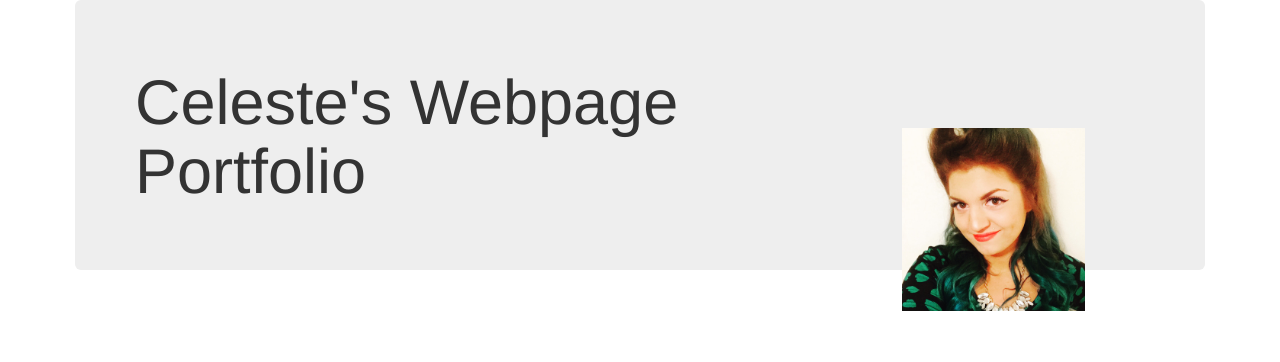
Repository: fieldceleste/portfolio-celeste
Page: portfolio-celeste.html
An editor plug-in stored every save of this project. The page is shown before and after the next save, followed by the edit.
The browser window is 1280 px wide. The pictures show the whole page.

Above is the page before, as saved 2019-11-01 12:09:19.

### portfolio-celeste.html
<!DOCTYPE html>
<html>
  <head>
    <title>Celeste Field's Portfolio</title>
  <link href="css/bootstrap.css" rel="stylesheet" type="text/css">
  <link href="css/styles.css" rel="stylesheet" type="text/css">

 <body>
    <div class="container">
      <div class="jumbotron">
        <h1><img src="img/celeste.jpeg" class="img" alt="photo of celeste field"> Celeste's Webpage Portfolio </h1>
        <p>

        </p>

  </body>
</html>

### css/styles.css
img{
float:right;
width: 30%;
height:50%;
padding: 60px;

}

Loaded but not shown: css/bootstrap.css (library)

After the next save:
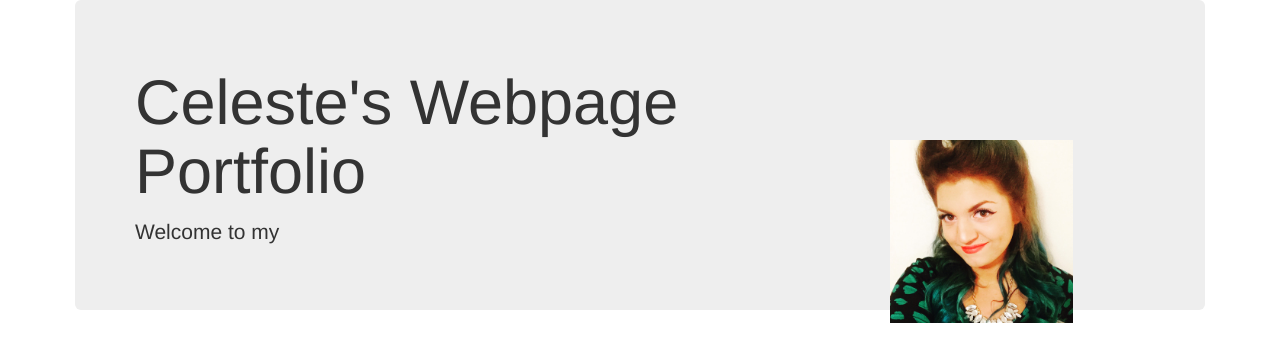
Saved 4 min 0 s later.
--- a/portfolio-celeste.html
+++ b/portfolio-celeste.html
@@ -9,9 +9,8 @@
     <div class="container">
       <div class="jumbotron">
         <h1><img src="img/celeste.jpeg" class="img" alt="photo of celeste field"> Celeste's Webpage Portfolio </h1>
-        <p>
+        <p>Welcome to my  </p>
 
-        </p>
 
   </body>
 </html>
--- a/css/styles.css
+++ b/css/styles.css
@@ -3,5 +3,5 @@ float:right;
 width: 30%;
 height:50%;
 padding: 60px;
-
+margin: 12px;
 }
